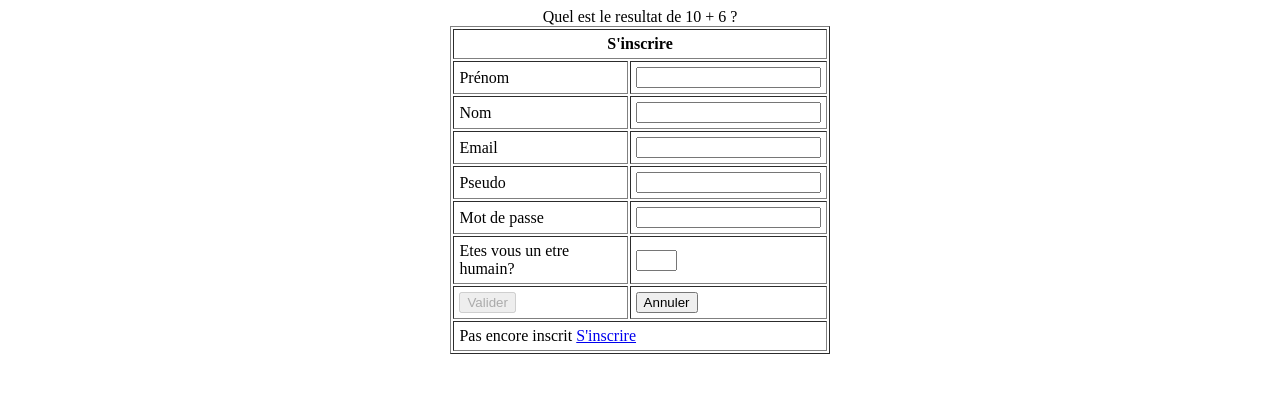
Repository: t2isoft/Login-jee
Page: http://localhost/spring-security-loginform-database/WEB-INF/pages/reg.jsp
An editor plug-in stored every save of this project. The page is shown before and after the next save, followed by the edit.
The browser window is 1280 px wide. The pictures show the whole page.
The page is served by Tomcat 9. Nobody is signed in. The template is opened directly, without the code that normally fills it, so the values that code supplies are empty.

Above is the page before, as saved 2015-11-24 09:30:22.

After the next save:
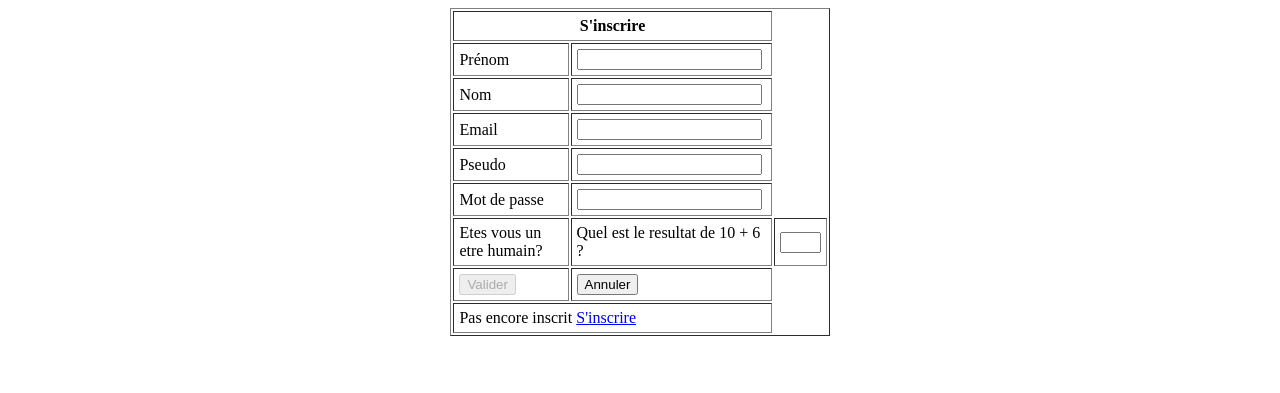
Saved 70 s later.
--- a/spring-security-loginform-database/src/main/webapp/WEB-INF/pages/reg.jsp
+++ b/spring-security-loginform-database/src/main/webapp/WEB-INF/pages/reg.jsp
@@ -51,7 +51,7 @@
                     </tr>
                     <tr>
                         <td>Etes vous un etre humain?</td>
-                        <script type="text/javascript">DrawBotBoot()</script>
+                        <td><script type="text/javascript">DrawBotBoot()</script></td>
                         <td><input id='BotBootInput' type='text' maxlength='2' size='2' onChange="ValidBotBoot();" /></td>
                         <!--  <td><script type="text/javascript">DrawBotBoot()</script>  -->
                     </tr>
